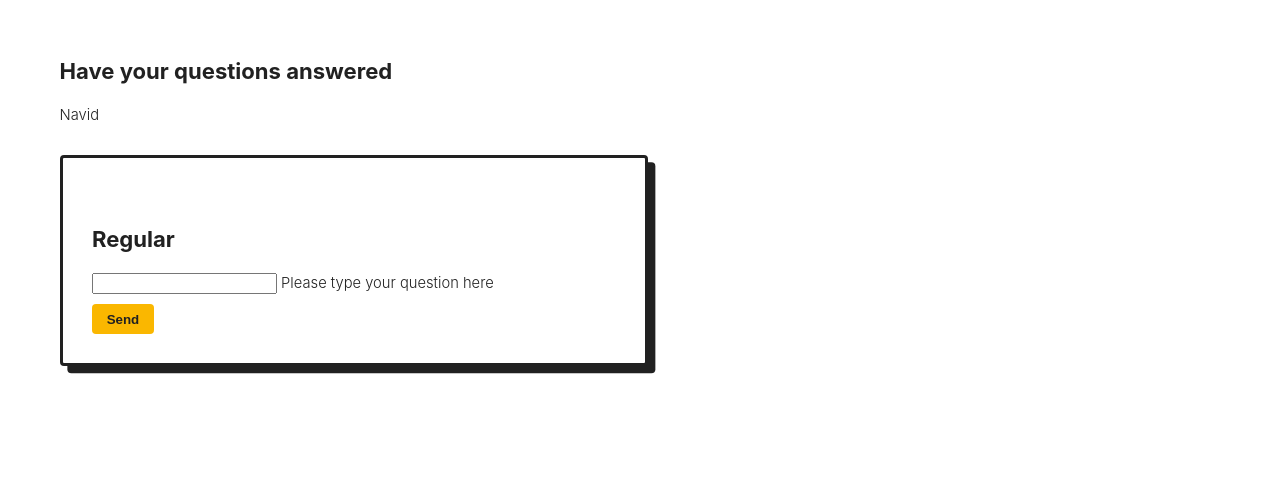
Repository: navid-amini12/capstone-1
Page: quiz.html
These files come from the project's save history. The page is drawn as it stood at one moment and after the next save; the edit follows.
The browser window is 1280 px wide. The pictures show the whole page.
Some web fonts or font styles are not loaded; a fallback is used.

Above is the page before, as saved 2022-05-17 12:30:00.

### quiz.html

<head>
    <link rel="stylesheet" href="quiz.css">
    </head>

<article class="l-design-widht">
    <h1>Have your questions answered</h1>

   <p>Navid</p>

    <div class="card">
      <h2><svg class="icon" aria-hidden="true">
        <h2>Regular</h2>
      <label class="input">
        <input class="input__field" type="text" placeholder=" " />
        <span class="input__label">Please type your question here</span>
      </label>
      <div class="button-group">
        <button>Send</button>

      </div>
    </div>



  <svg xmlns="http://www.w3.org/2000/svg" class="hidden">
    <symbol id="icon-coffee" viewBox="0 0 20 20">
      <title>icon-coffee</title>
      <path fill="currentColor" d="M15,17H14V9h3a3,3,0,0,1,3,3h0A5,5,0,0,1,15,17Zm1-6v3.83A3,3,0,0,0,18,12a1,1,0,0,0-1-1Z"/>
      <rect fill="currentColor" x="1" y="7" width="15" height="12" rx="3" ry="3"/>
      <path fill="var(--color-accent)" d="M7.07,5.42a5.45,5.45,0,0,1,0-4.85,1,1,0,0,1,1.79.89,3.44,3.44,0,0,0,0,3.06,1,1,0,0,1-1.79.89Z"/>
      <path fill="var(--color-accent)" d="M3.07,5.42a5.45,5.45,0,0,1,0-4.85,1,1,0,0,1,1.79.89,3.44,3.44,0,0,0,0,3.06,1,1,0,1,1-1.79.89Z"/>
      <path fill="var(--color-accent)" d="M11.07,5.42a5.45,5.45,0,0,1,0-4.85,1,1,0,0,1,1.79.89,3.44,3.44,0,0,0,0,3.06,1,1,0,1,1-1.79.89Z"/>
    </symbol>
  </svg>

### quiz.css
@import url('https://rsms.me/inter/inter.css');

:root {
  --color-light: white;
  --color-dark: #212121;
  --color-signal: #fab700;

  --color-background: var(--color-light);
  --color-text: var(--color-dark);
  --color-accent: var(--color-signal);

  --size-bezel: .5rem;
  --size-radius: 4px;

  line-height: 1.4;

  font-family: 'Inter', sans-serif;
  font-size: calc(.6rem + .4vw);
  color: var(--color-text);
  background: var(--color-background);
  font-weight: 300;
  padding: 0 calc(var(--size-bezel) * 3);
}





.card {
  background: var(--color-background);
  padding: calc(4 * var(--size-bezel));
  margin-top: calc(4 * var(--size-bezel));
  border-radius: var(--size-radius);
  border: 3px solid var(--color-shadow, currentColor);
  box-shadow: .5rem .5rem 0 var(--color-shadow, currentColor);




}


.l-design-widht {
  max-width: 40rem;
  padding: 2rem;
}

.input {
  position: relative;








}


.button-group {
  margin-top: 10px
}

button {
  color: currentColor;
  padding: var(--size-bezel) calc(var(--size-bezel) * 2);
  background: var(--color-accent);
  border: none;
  border-radius: var(--size-radius);
  font-weight: 900;
}


.icon {
  display: inline-block;
  height: 0em;
  margin-right: .5em;
}

After the next save:
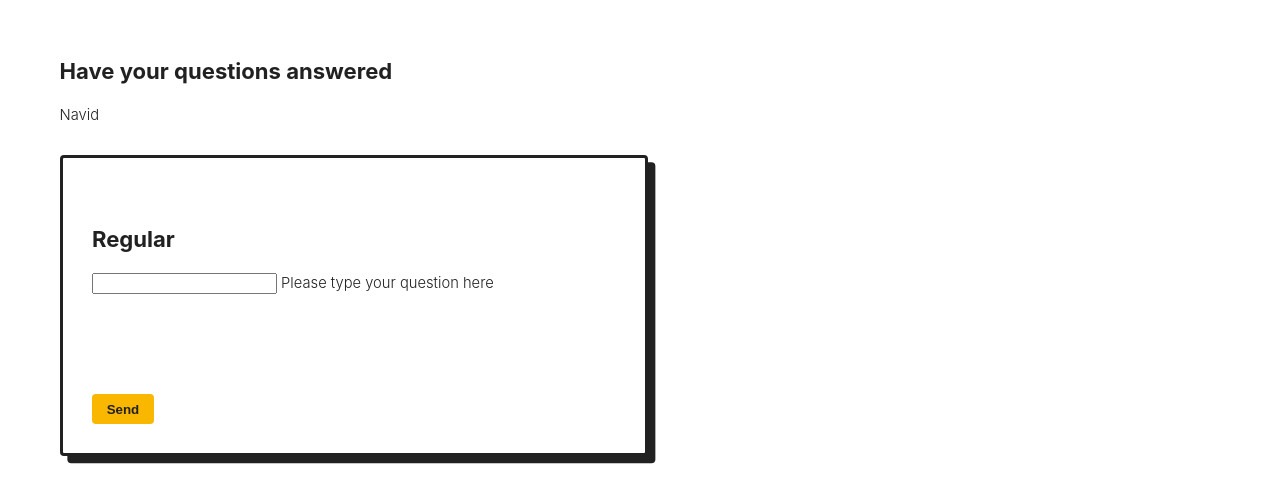
Saved 5 s later.
--- a/quiz.css
+++ b/quiz.css
@@ -59,7 +59,7 @@
 
 
 .button-group {
-  margin-top: 10px
+  margin-top: 100px
 }
 
 button {
